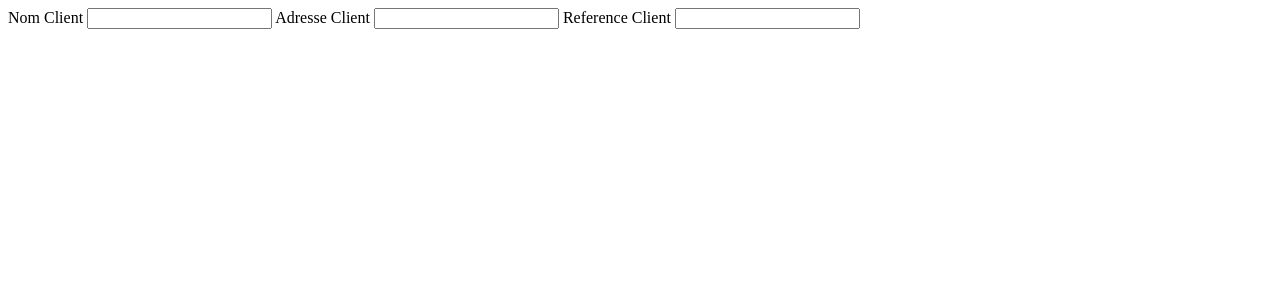
Repository: Elie-Dey/airblio
Page: test.html
These files come from the project's save history. The page is drawn as it stood at one moment and after the next save; the edit follows.
The browser window is 1280 px wide. The pictures show the whole page.

Above is the page before, as saved 2022-03-26 01:38:47.

After the next save:
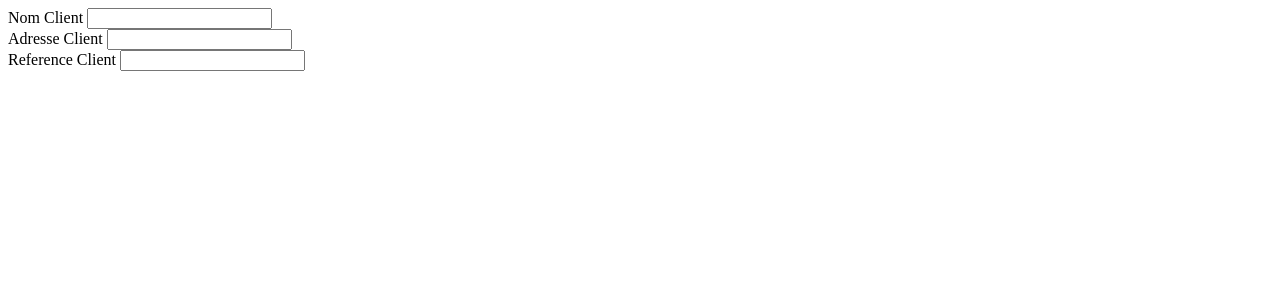
Saved 61 s later.
--- a/test.html
+++ b/test.html
@@ -9,9 +9,9 @@
   <body>
     <form action="" method="post">
       <label for="nom">Nom Client </label>
-      <input type="text" name="nom" id="" />
+      <input type="text" name="nom" id="" /> <br />
       <label for="Adresse">Adresse Client</label>
-      <input type="text" name="adresse" id="" />
+      <input type="text" name="adresse" id="" /> <br />
       <label for="reference">Reference Client</label>
       <input type="text" name="reference" id="" />
     </form>
